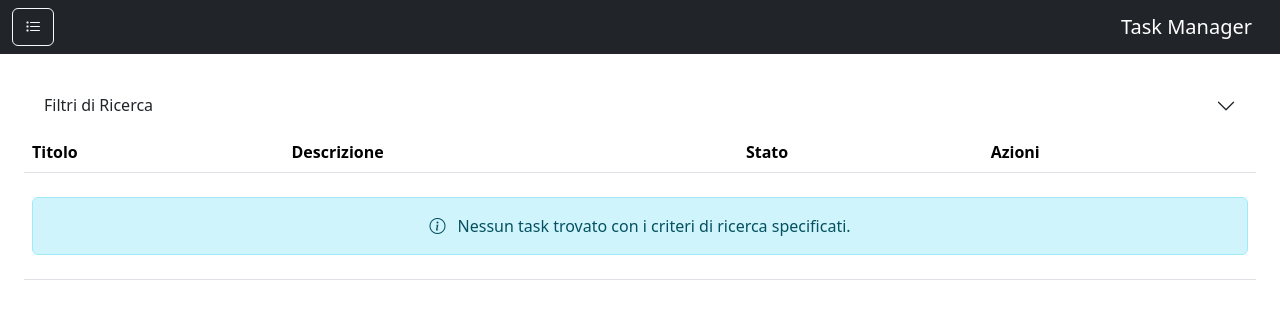
Repository: Barrakude/Angular_Project
Page: /task-list (app in test-finale/)
These files come from the project's save history. The page is drawn as it stood at one moment and after the next save; the edit follows.
The browser window is 1280 px wide. The pictures show the whole page.
The page's requests for data from a server got no answer. The project was rebuilt for these pictures with package versions that can differ from the ones it lists, and the page was loaded fresh each time. No one was signed in, and anything a server would have sent is missing. Also part of the build but not shown: test-finale/angular.json, test-finale/src/app/features/board/board.component.ts, test-finale/src/app/features/board/doing/doing.component.ts, test-finale/src/app/shared/components/task-card/task-card.component.ts, test-finale/src/app/shared/interfaces/itask.ts, test-finale/src/app/features/board/done/done.component.ts, test-finale/src/app/features/board/todo/todo.component.ts.

Above is the page before, as saved 2025-06-24 10:28:50.

### test-finale/src/index.html
<!doctype html>
<html lang="en">
<head>
  <meta charset="utf-8">
  <title>TaskManagementFe</title>
  <base href="/">
  <meta name="viewport" content="width=device-width, initial-scale=1">
  <link rel="icon" type="image/x-icon" href="favicon.ico">
</head>
<body>
  <tmg-root></tmg-root>
</body>
</html>

### test-finale/src/app/app.config.ts
import { ApplicationConfig, provideZoneChangeDetection } from '@angular/core';
import { provideRouter } from '@angular/router';

import { routes } from './app.routes';
import { provideHttpClient } from '@angular/common/http';

export const appConfig: ApplicationConfig = {
  providers: [
    provideZoneChangeDetection({ eventCoalescing: true }),
    provideRouter(routes),
    provideHttpClient()
  ]
};
// http client lo lascio , vi da errore se non rifate npm i

### test-finale/src/app/app.component.ts
import { Component } from '@angular/core';
import { RouterOutlet } from '@angular/router';
@Component({
  selector: 'tmg-root',
  imports: [
    RouterOutlet,
  ],
  templateUrl: './app.component.html',
  styleUrl: './app.component.scss'
})
export class AppComponent {
  title = 'task-management-fe';
}

### test-finale/src/app/app.routes.ts
import { Routes } from '@angular/router';
import { BoardComponent } from './features/board/board.component';
import { TaskListComponent } from './features/task-list/task-list.component';
import { LayoutComponent } from './core/layout/layout.component';

export const routes: Routes = [

    {
        path:'',
        component:LayoutComponent,
        children:[
            {path:'', redirectTo:'/board',pathMatch:'full'},
            {path:'board', component:BoardComponent},
            {path:'task-list', component:TaskListComponent}
        ]
    },

];

### test-finale/src/app/app.component.html
<!-- mettete le cose vostre vi lascio router outlet , importate tutto poi :)  -->
<router-outlet></router-outlet>

### test-finale/src/app/features/task-list/task-list.component.ts
import { Component, inject, OnInit } from '@angular/core';
import { TaskListService } from '../../shared/services/task-list.service';
import { ITask } from '../../shared/interfaces/itask';
import { take, tap } from 'rxjs';
import { TaskStatusPipe } from '../../shared/pipes/task-status.pipe';
import { FormBuilder, FormControlName, FormGroup, ReactiveFormsModule } from '@angular/forms';

@Component({
  selector: 'tmg-task-list',
  imports: [
    TaskStatusPipe,
    ReactiveFormsModule
  ],
  templateUrl: './task-list.component.html',
  styleUrl: './task-list.component.scss'
})
export class TaskListComponent implements OnInit {

  private readonly _taskService:TaskListService = inject(TaskListService);
  private readonly _fb:FormBuilder = inject(FormBuilder);

  tasks:ITask[]=[];
  filteredTask:ITask[]=[];

  searchForm:FormGroup = this._fb.group({
    title:[''],
    description:[''],
    status:['']
  });

  statusOption = ['todo','doing','done'];

ngOnInit(): void {
  this.getTask();
}


  getTask():void{
    this._taskService.getTasks().pipe(
      take(1),
      tap((data)=>{
        this.tasks = data;
        this.filteredTask = data;
      })
    ).subscribe()
  }

  onSearch():void{
    const formValues = this.searchForm.value;

    this.filteredTask = this.tasks.filter(task=>{
      const titleValue = !formValues.title || task.title.toLowerCase().includes(formValues.title.toLowerCase());

      const descriptionValue = !formValues.description || task.description.toLowerCase().includes(formValues.description.toLowerCase());

      const statusValue = !formValues.status || task.status === formValues.status;

      return titleValue && descriptionValue && statusValue;
    })
  }

  onClear():void{
    this.searchForm.reset();
    this.filteredTask=this.tasks;
  }

}

### test-finale/src/app/core/layout/layout.component.ts
import { Component } from '@angular/core';
import { CommonModule } from '@angular/common';
import { RouterOutlet, RouterLink, RouterLinkActive } from '@angular/router';

@Component({
  selector: 'tmg-layout',
  standalone: true,
  imports: [
    CommonModule,
    RouterOutlet,
    RouterLink,
    RouterLinkActive
  ],
  templateUrl: './layout.component.html',
  styleUrl: './layout.component.scss'
})
export class LayoutComponent {
  sidebarOpen = false;

  toggleSidebar(): void {
    this.sidebarOpen = !this.sidebarOpen;
  }
}

### test-finale/src/app/shared/services/task-list.service.ts
import { HttpClient } from '@angular/common/http';
import { inject, Injectable } from '@angular/core';
import { map, Observable } from 'rxjs';
import { IResponse } from '../interfaces/iresponse';
import { ITask } from '../interfaces/itask';

@Injectable({
  providedIn: 'root'
})
export class TaskListService {


  private readonly _http:HttpClient=inject(HttpClient);
  private readonly url = 'http://localhost:3000/tasks';

  getTasks():Observable<ITask[]>{
    return this._http.get<IResponse<ITask[]>>(this.url).pipe(
      map(({ data }) => data)
    );
  }

  deleteTask(id:number):Observable<ITask>{
    return this._http.delete<IResponse<ITask>>(`${this.url}/${id}`).pipe(
      map(({ data }) => data)
    );
  }

  changeTaskStatus(id: number, status: string): Observable<ITask> {
    return this._http.patch<IResponse<ITask>>(`${this.url}/${id}`, { status }).pipe(
      map(({ data }) => data)
    );
  }

  updateTask(id: number, body: ITask): Observable<ITask> {
    return this._http.patch<IResponse<ITask>>(`${this.url}/${id}`, { body }).pipe(
      map(({ data }) => data)
    );
  }

  createTask(body:ITask): Observable<ITask> {
    return this._http.post<IResponse<ITask>>(this.url, body).pipe(
      map(({ data }) => data)
    );
  }

  detailTask(id:number):Observable<ITask>{
    return this._http.get<IResponse<ITask>>(`${this.url}/${id}`).pipe(
      map(({ data }) => data)
    );
  }

}

### test-finale/src/app/features/task-list/task-list.component.html
<div class="accordion accordion-flush" id="accordionFlushExample">
    <div class="accordion-item">
        <h2 class="accordion-header">
            <button class="accordion-button collapsed" type="button" data-bs-toggle="collapse"
                data-bs-target="#flush-collapseOne" aria-expanded="false">
                Filtri di Ricerca
            </button>
        </h2>
        <div id="flush-collapseOne" class="accordion-collapse collapse" data-bs-parent="#accordionFlushExample">
            <form [formGroup]="searchForm" (ngSubmit)="onSearch()">
                <div class="row">
                    <div class="col-lg-3 col-md-3 mb-3">
                        <label for="title" class="form-label">Titolo</label>
                        <input type="text" class="form-control" id="title" formControlName="title">
                    </div>
                    <div class="col-lg-4 col-md-4 mb-3">
                        <label for="description" class="form-label">Descrizione</label>
                        <input type="textarea" class="form-control" id="description" formControlName="description">
                    </div>
                    <div class="col-lg-3 col-md-3 mb-3">
                        <label for="status" class="form-label">Stato</label>
                        <select class="form-select" id="status" formControlName="status">
                            <option selected>Seleziona Stato</option>
                            @for (status of statusOption; track status) {
                            <option value="{{status}}">{{status | taskStatus}}</option>
                            }
                        </select>
                    </div>

                </div>
                <div class="d-flex gap-2 justify-content-end">
                    <button type="submit" class="btn btn-danger" (click)="onClear()">Cancella</button>
                    <button type="submit" class="btn btn-primary">Cerca</button>
                </div>
            </form>
        </div>
    </div>
</div>
<table class="table">
    <thead>
        <tr>
            <th scope="col">Titolo</th>
            <th scope="col">Descrizione</th>
            <th scope="col">Stato</th>
            <th scope="col">Azioni</th>
        </tr>
    </thead>
    <tbody>
        @for (task of filteredTask; track $index) {
        <tr>
            <th scope="row">{{task.title}}</th>
            <td>{{task.description}}</td>
            <td>{{task.status | taskStatus}}</td>
            <td>
                @if(task.status === 'todo' || task.status === 'doing' ){
                <a type="button">
                    <i class="bi bi-pencil"></i>
                </a>
                }
                <i class="bi bi-trash"></i>
            </td>
        </tr>
        } @empty {
            <tr>
                <td colspan="4" class="text-center py-4">
                <div class="alert alert-info mb-0">
                    <i class="bi bi-info-circle me-2"></i>
                    Nessun task trovato con i criteri di ricerca specificati.
                </div>
            </td>
            </tr>

        }
    </tbody>
</table>

### test-finale/src/app/shared/pipes/task-status.pipe.ts
import { Pipe, PipeTransform } from '@angular/core';

@Pipe({
  name: 'taskStatus'
})
export class TaskStatusPipe implements PipeTransform {

  transform(value: string, ...args: unknown[]): string {
    switch(value.toLowerCase()){
      case 'todo':
        return 'Da fare';
      case 'doing':
        return 'In lavorazione';
      case 'done':
        return 'Completato';
      default:
        return value;
    }
  }

}

### test-finale/src/app/core/layout/layout.component.html
<div class="d-flex flex-column vh-100">
    <!-- Navbar -->
    <nav class="navbar navbar-expand-lg navbar-dark bg-dark fixed-top">
        <div class="container-fluid">
            <button class="btn btn-outline-light me-3" type="button" (click)="toggleSidebar()">
                <i class="bi bi-list-task"></i>
            </button>
            <span class="navbar-brand mb-0 h1">Task Manager</span>
        </div>
    </nav>

    <!-- Sidebar -->
    <div class="offcanvas offcanvas-start" [class.show]="sidebarOpen" tabindex="-1" style="top: 56px; height: calc(100vh - 56px);">
        <div class="offcanvas-body p-0">
            <ul class="list-group list-group-flush">
                <li class="list-group-item border-0">
                    <a routerLink="/board" routerLinkActive="active" class="nav-link text-dark">
                        <i class="fas fa-columns me-2"></i>
                        Board
                    </a>
                </li>
                <li class="list-group-item border-0">
                    <a routerLink="/task-list" routerLinkActive="active" class="nav-link text-dark">
                        <i class="fas fa-list-ul me-2"></i>
                        Task List
                    </a>
                </li>
            </ul>
        </div>
    </div>

    <!-- Main Content -->
    <main class="flex-grow-1" [style.margin-left.px]="sidebarOpen ? 250 : 0" style="margin-top: 56px; transition: margin-left 0.3s ease;">
        <div class="container-fluid p-4">
            <router-outlet></router-outlet>
        </div>
    </main>
</div>

<style>
.offcanvas {
    width: 250px !important;
    transition: transform 0.3s ease;
}

.nav-link.active {
    background-color: #0d6efd !important;
    color: white !important;
    border-radius: 0.375rem;
    margin: 0 10px;
}

@media (max-width: 768px) {
    main {
        margin-left: 0 !important;
    }
}
</style>

Loaded but not shown: test-finale/src/styles.scss (common file); test-finale/src/main.ts (common file); test-finale/src/app/app.component.scss (no stored copy; drawn as an empty file); test-finale/src/app/core/layout/layout.component.scss (no stored copy; drawn as an empty file); test-finale/src/app/features/task-list/task-list.component.scss (no stored copy; drawn as an empty file)

After the next save:
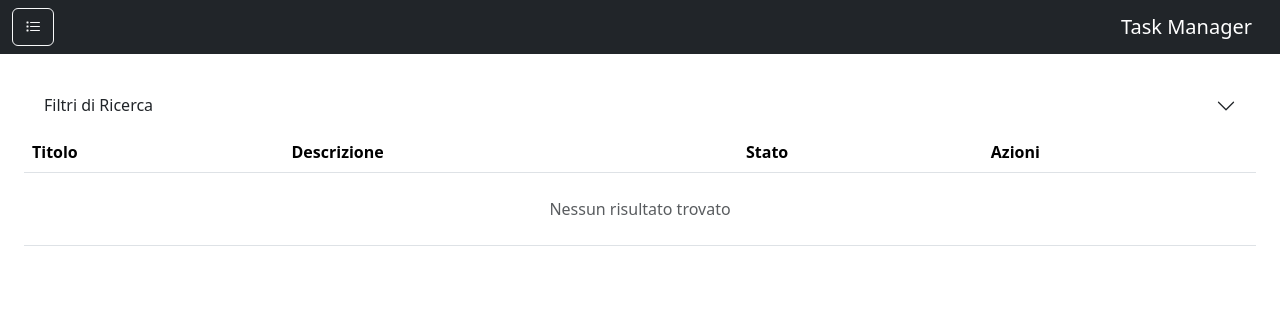
Saved 17 s later.
--- a/test-finale/src/app/features/task-list/task-list.component.html
+++ b/test-finale/src/app/features/task-list/task-list.component.html
@@ -62,11 +62,8 @@
         </tr>
         } @empty {
             <tr>
-                <td colspan="4" class="text-center py-4">
-                <div class="alert alert-info mb-0">
-                    <i class="bi bi-info-circle me-2"></i>
-                    Nessun task trovato con i criteri di ricerca specificati.
-                </div>
+                <td colspan="4" class="text-center text-muted py-4">
+                Nessun risultato trovato
             </td>
             </tr>
 
